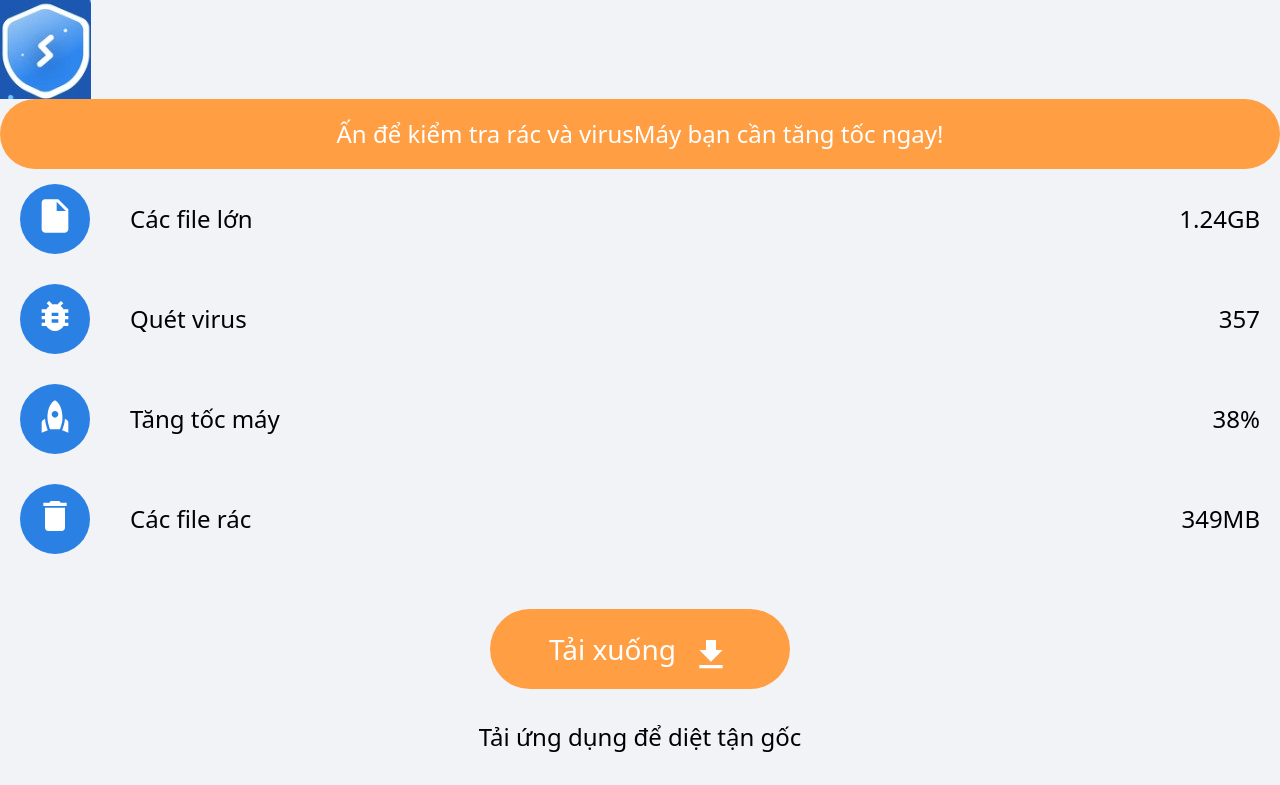
Repository: Kiendz3202/anti-virus-landingpage-mobile
Page: /, after clicking the first element matching `div.flex`
An editor plug-in stored every save of this project. The page is shown before and after the next save, followed by the edit.
The browser window is 1280 px wide. The pictures show the whole page.
The project was rebuilt for these pictures with package versions that can differ from the ones it lists, and the page was loaded fresh each time. The framework's server and built-in components were replaced by stand-ins that run in the browser. Also part of the build but not shown: next.config.js.

Above is the page before, as saved 2023-01-07 14:16:29.

After the next save:
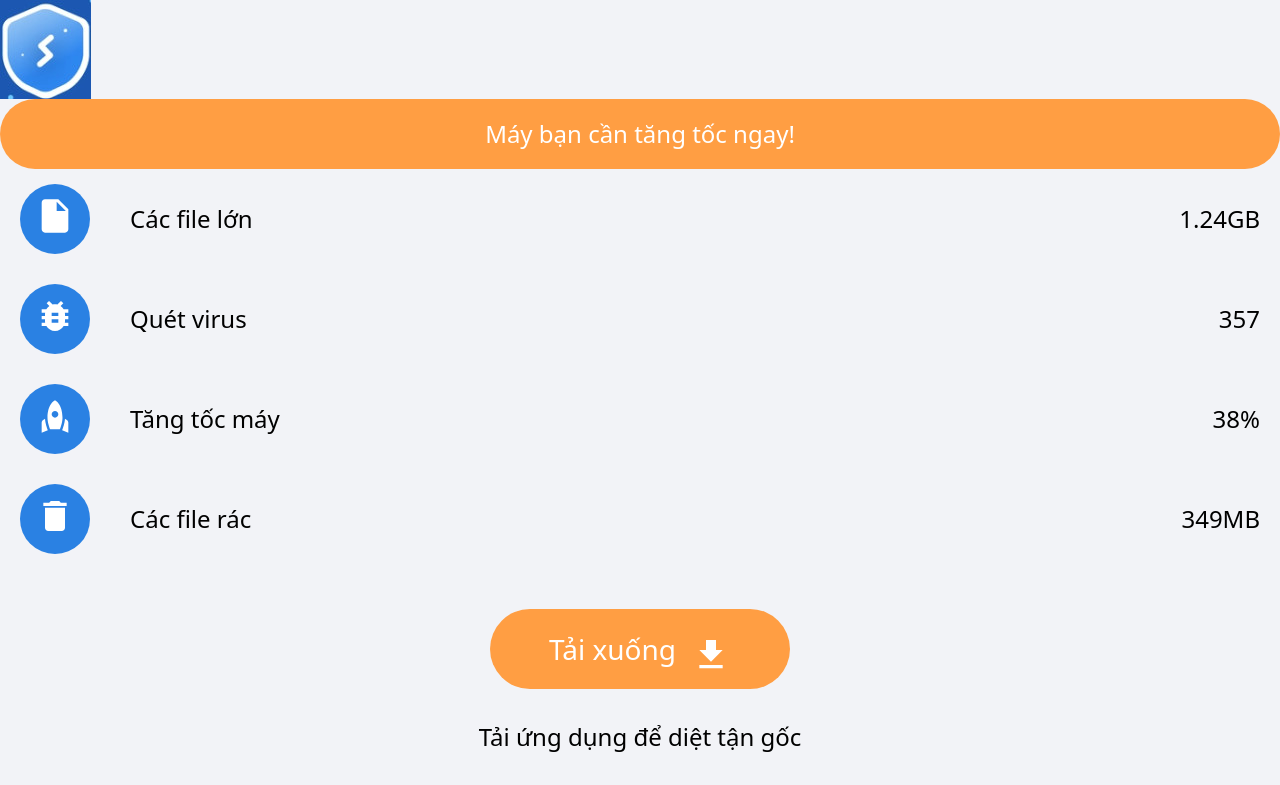
Saved 47 s later.
--- a/views/index.js
+++ b/views/index.js
@@ -40,6 +40,8 @@
 				>
 					{loadingScan ? (
 						<span>Đạng kiểm tra...</span>
+					) : showResult ? (
+						''
 					) : (
 						<span> Ấn để kiểm tra rác và virus</span>
 					)}
